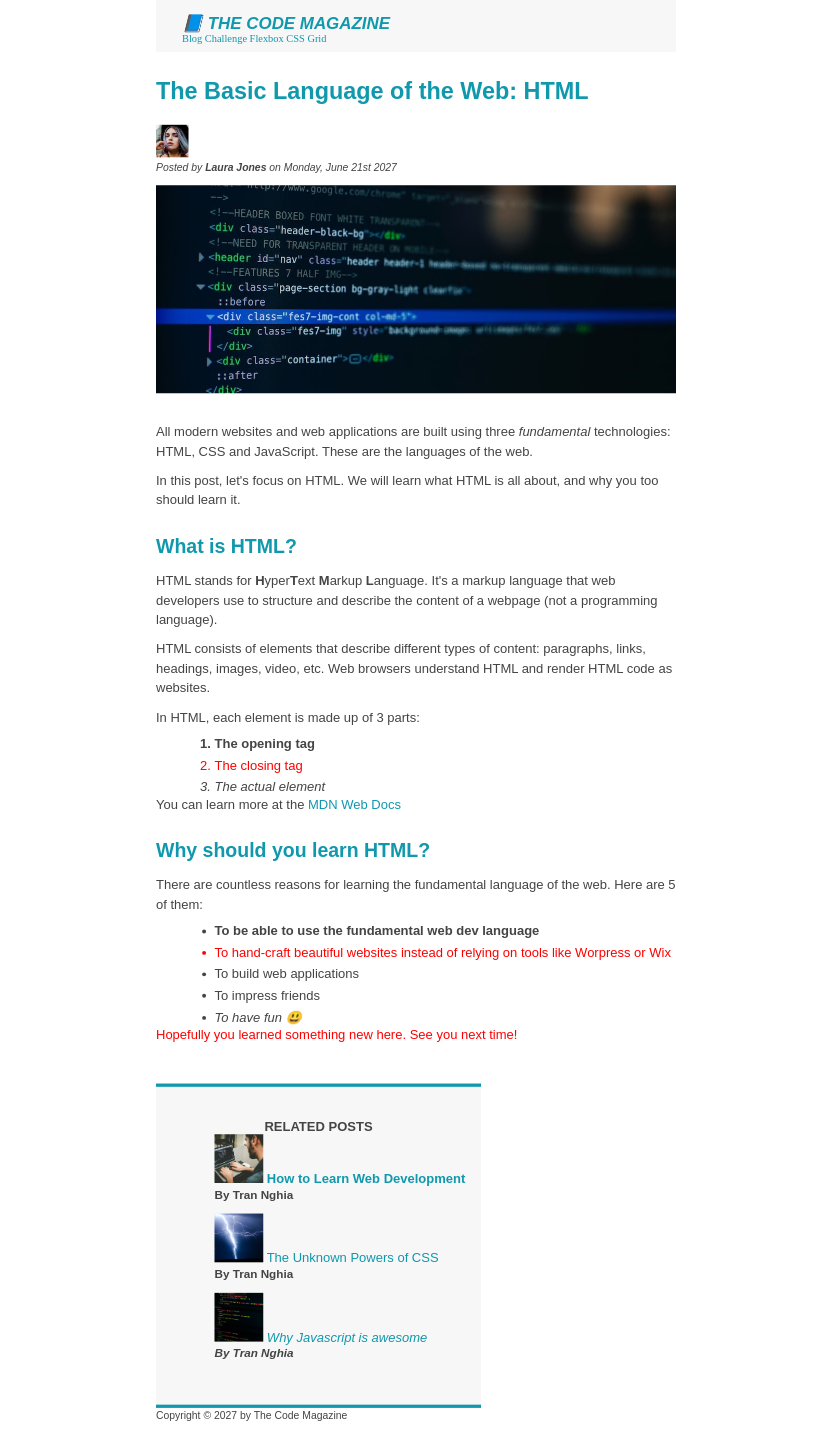
Repository: nghiakma/HTML-CSS-Fundamental
Page: HTML/index.html
These files come from the project's save history. The page is drawn as it stood at one moment and after the next save; the edit follows.
The browser window is 1280 px wide. The pictures show the whole page, at 65% of full size.

Above is the page before, as saved 2023-08-20 21:42:19.

After the next save:
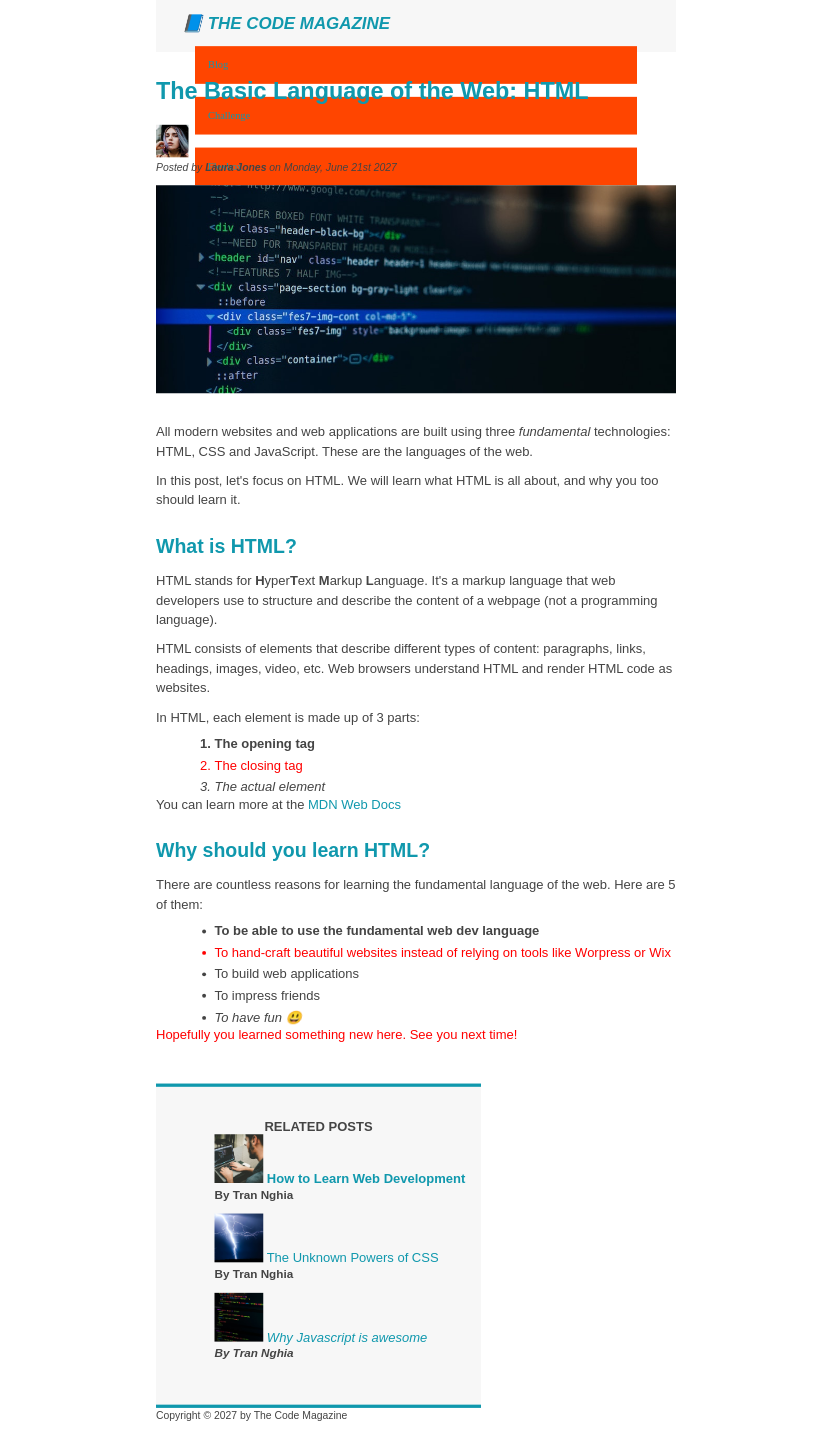
Saved 13 min 59 s later.
--- a/CSS/index.css
+++ b/CSS/index.css
@@ -136,3 +136,9 @@ a:active {
   background-color: black;
   font-style: italic;
 }
+nav a:link {
+  background-color: orangered;
+  margin: 20px;
+  padding: 20px;
+  display: block;
+}
